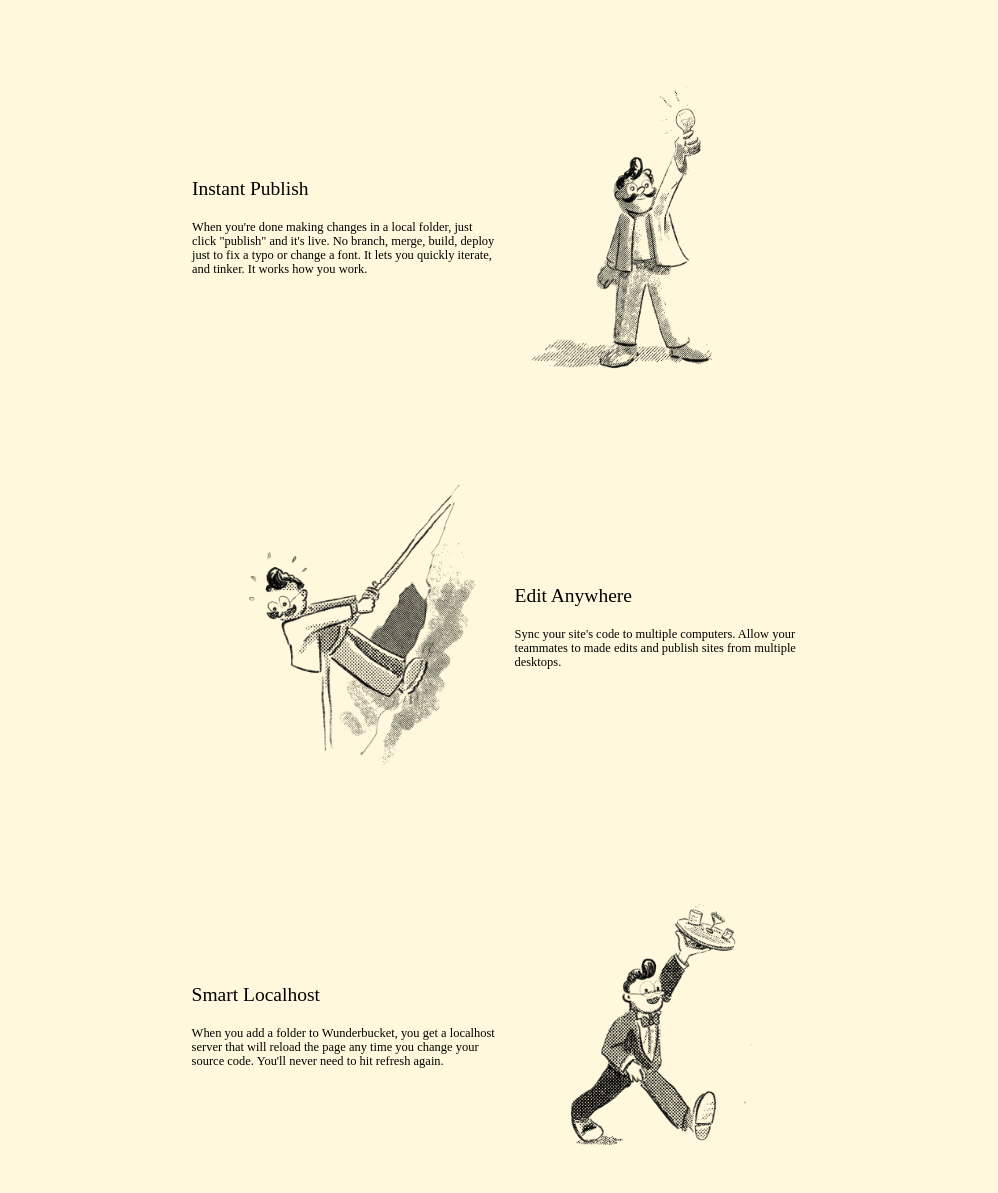
Repository: Pbemits/TEAMWORK-PROJECT-ONE
Page: index.html
These files come from the project's save history. The page is drawn as it stood at one moment and after the next save; the edit follows.
The browser window is 1280 px wide. The pictures show the whole page, at 78% of full size.
Some web fonts or font styles are not loaded; a fallback is used.

Above is the page before, as saved 2023-09-01 23:19:55.

After the next save:
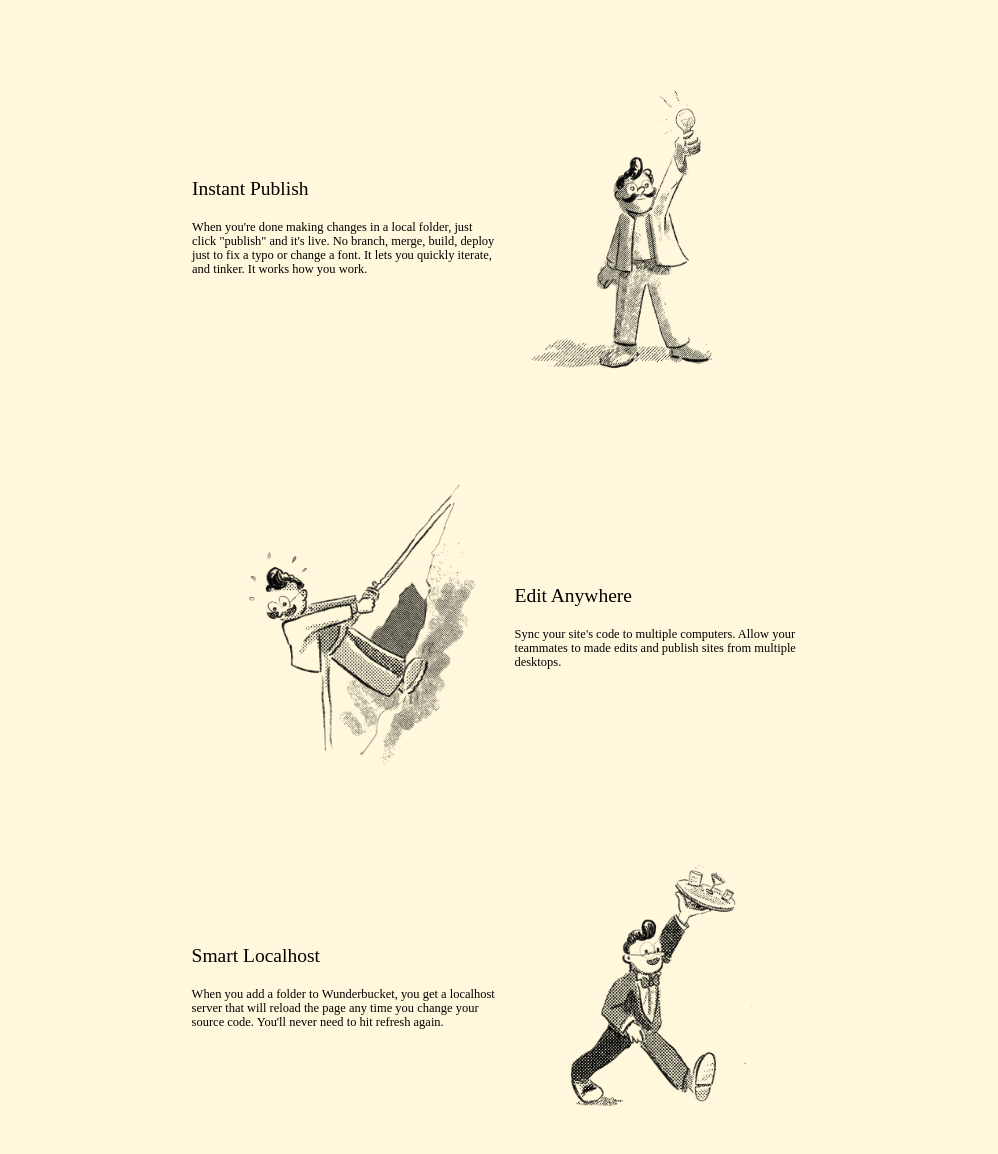
Saved 97 s later.
--- a/assets/css/main.css
+++ b/assets/css/main.css
@@ -63,7 +63,7 @@
     display: flex;
     align-items: center;
     justify-content: center;
-    margin-top: 100px;
+    margin-top: 50px;
 }
 
 .content-wrapper-element-three .wrapper-element-texts .element-text-h3 h3 {

After the save that followed:
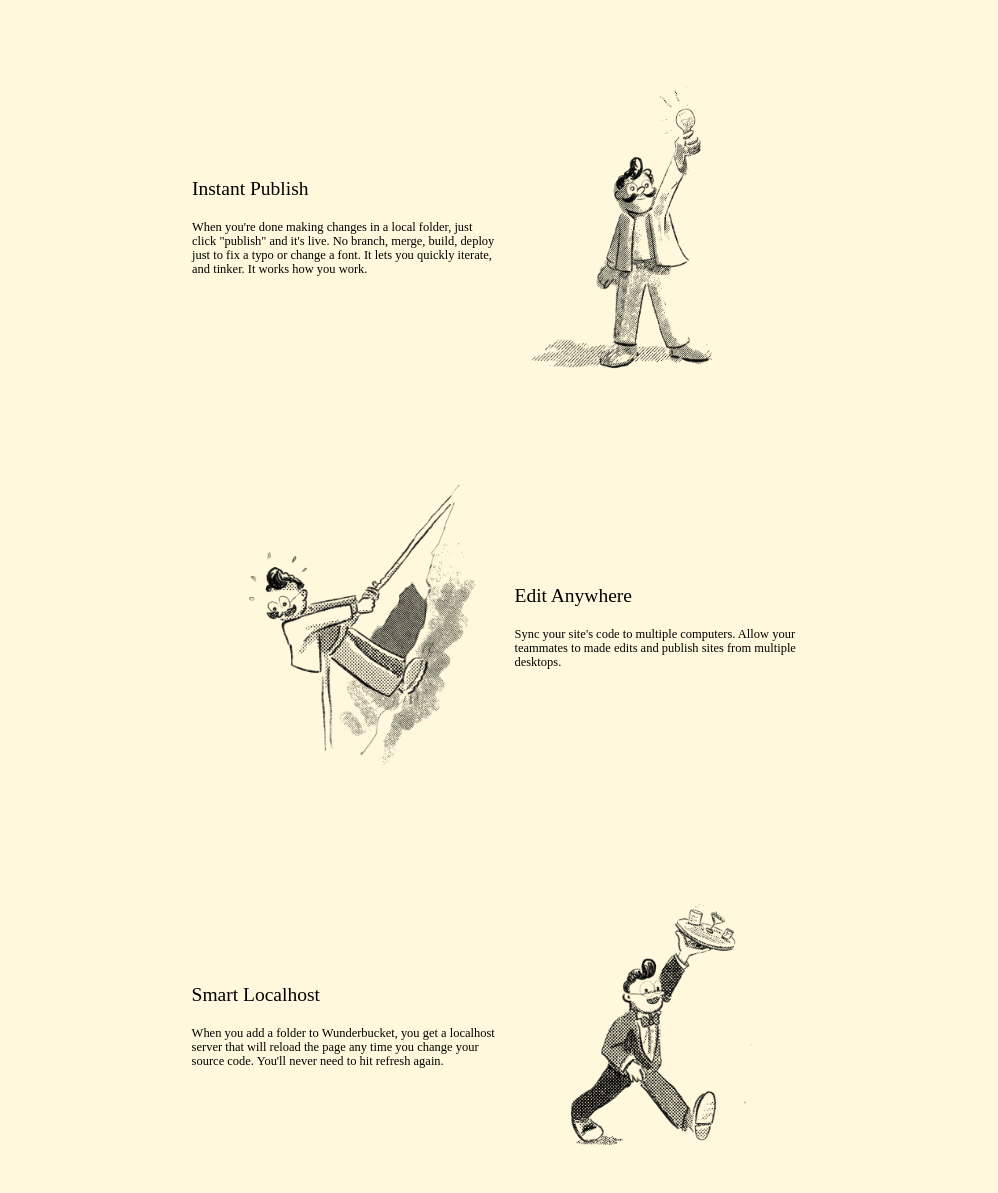
Saved 9 s later.
--- a/assets/css/main.css
+++ b/assets/css/main.css
@@ -63,7 +63,7 @@
     display: flex;
     align-items: center;
     justify-content: center;
-    margin-top: 50px;
+    margin-top: 100px;
 }
 
 .content-wrapper-element-three .wrapper-element-texts .element-text-h3 h3 {
